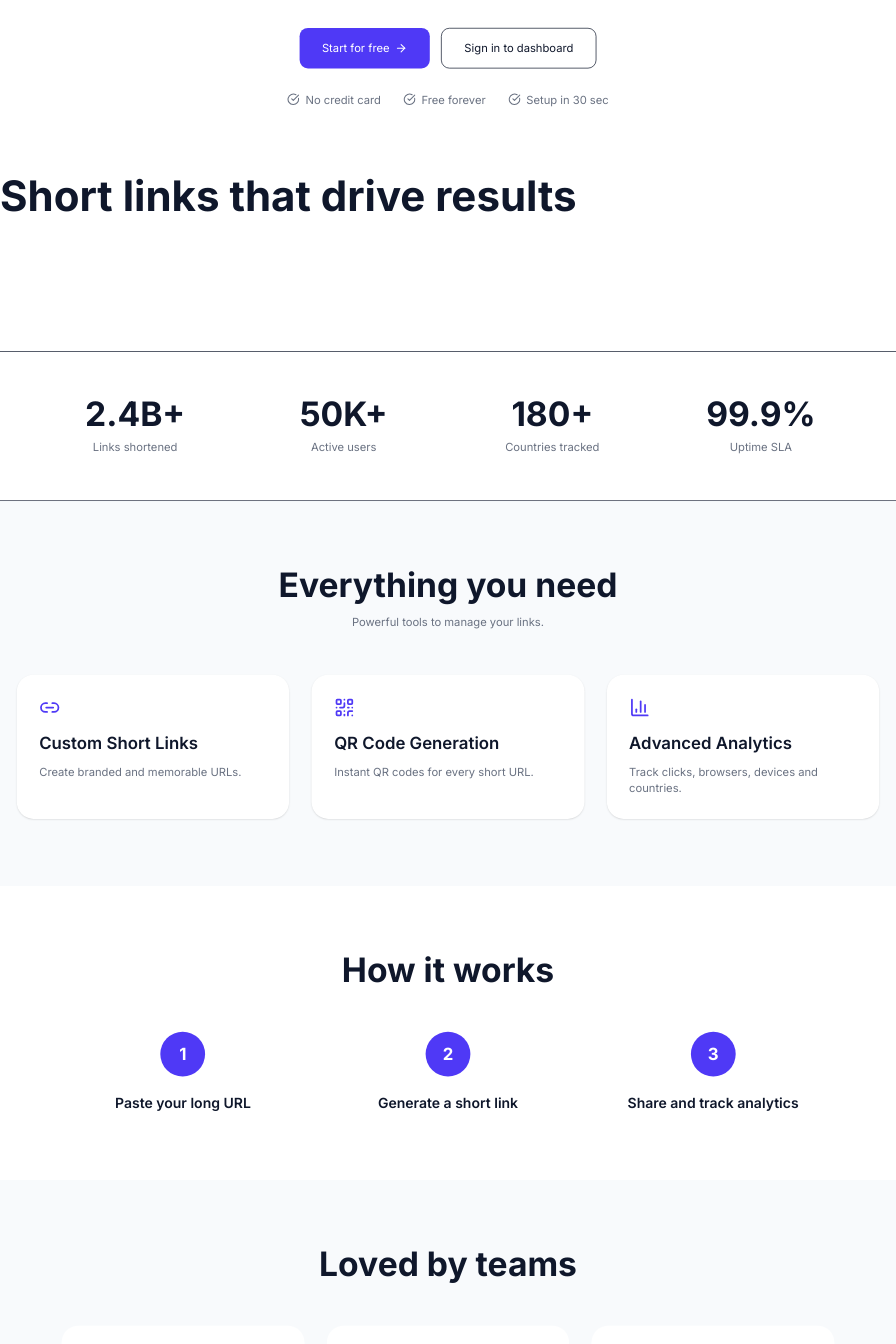
Repository: kiran2k5-ai/Url-Short
Page: / (app in url-shortener-frontend/)
These files come from the project's save history. The page is drawn as it stood at one moment and after a run of saves; the edit follows.
The browser window is 1280 px wide. The pictures show the part of the page from y = 517 to 2437 px (the page is 3841 px tall before and 3589 px after), at 70% of full size.
The page's requests for data from a server got no answer. The project was rebuilt for these pictures with package versions that can differ from the ones it lists, and the page was loaded fresh each time. No one was signed in, and anything a server would have sent is missing. Also part of the build but not shown: url-shortener-frontend/vite.config.js, url-shortener-frontend/src/services/api.js, url-shortener-frontend/src/services/authService.js, url-shortener-frontend/src/pages/Login.jsx, url-shortener-frontend/src/pages/Signup.jsx, url-shortener-frontend/src/api.js, url-shortener-frontend/src/context/AuthContext.jsx, url-shortener-frontend/src/pages/Dashboard.jsx and 1 more.

Above is the page before, as saved 2026-06-03 15:29:42.

After the next 2 saves:
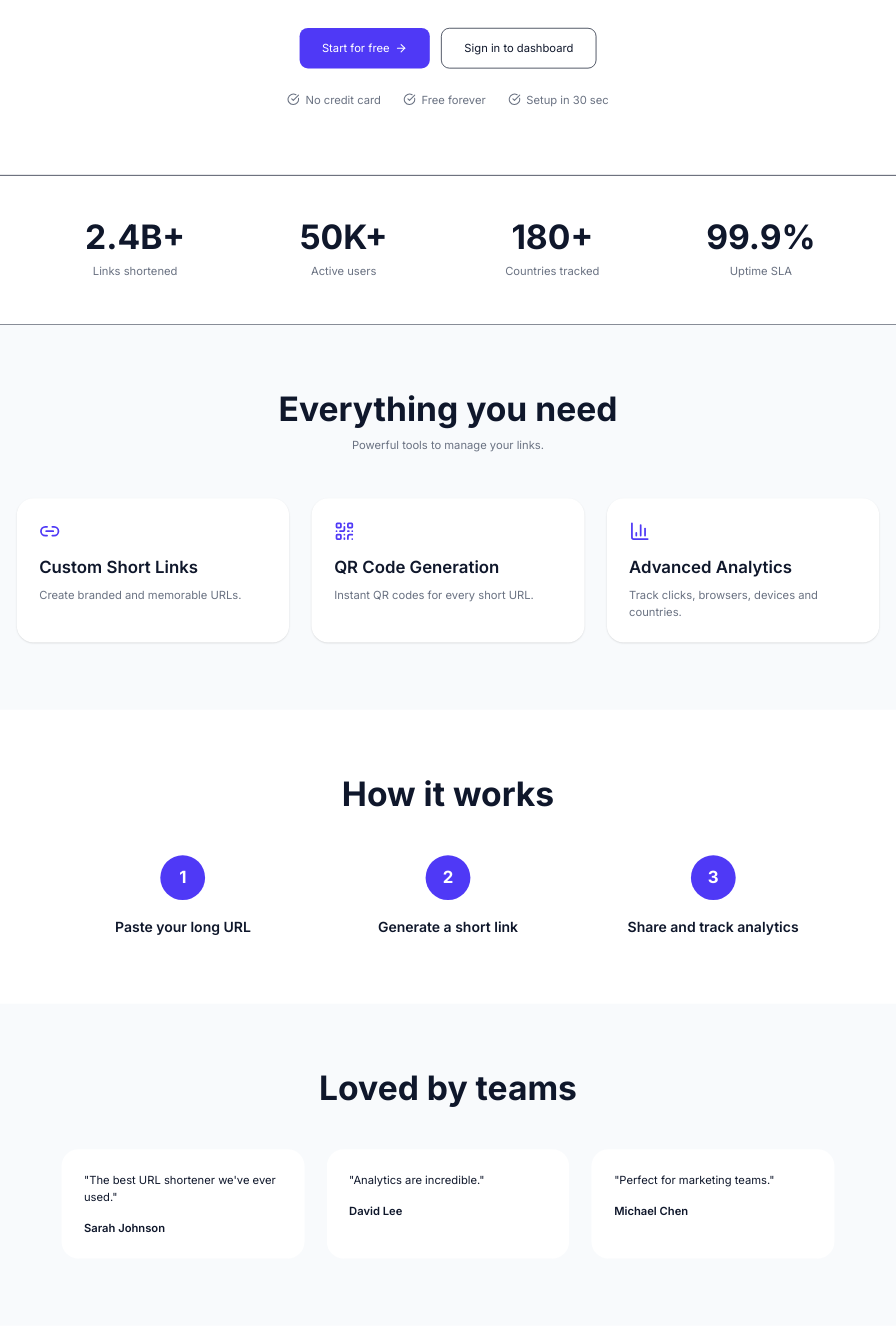
The 2 saves are shown as one change because they came seconds apart.
The last was saved 9 s later.
--- a/url-shortener-frontend/src/components/Hero.jsx
+++ b/url-shortener-frontend/src/components/Hero.jsx
@@ -78,26 +78,8 @@ function Hero() {
                 </div>
 
             </div>
-                <section className="py-24">
 
-            <motion.h1
-                initial={{
-                    opacity: 0,
-                    y: 40
-                }}
-                animate={{
-                    opacity: 1,
-                    y: 0
-                }}
-                transition={{
-                    duration: 0.8
-                }}
-                className="text-6xl font-bold"
-            >
-                Short links that drive results
-            </motion.h1>
 
-        </section>
 
         </section>
     );
